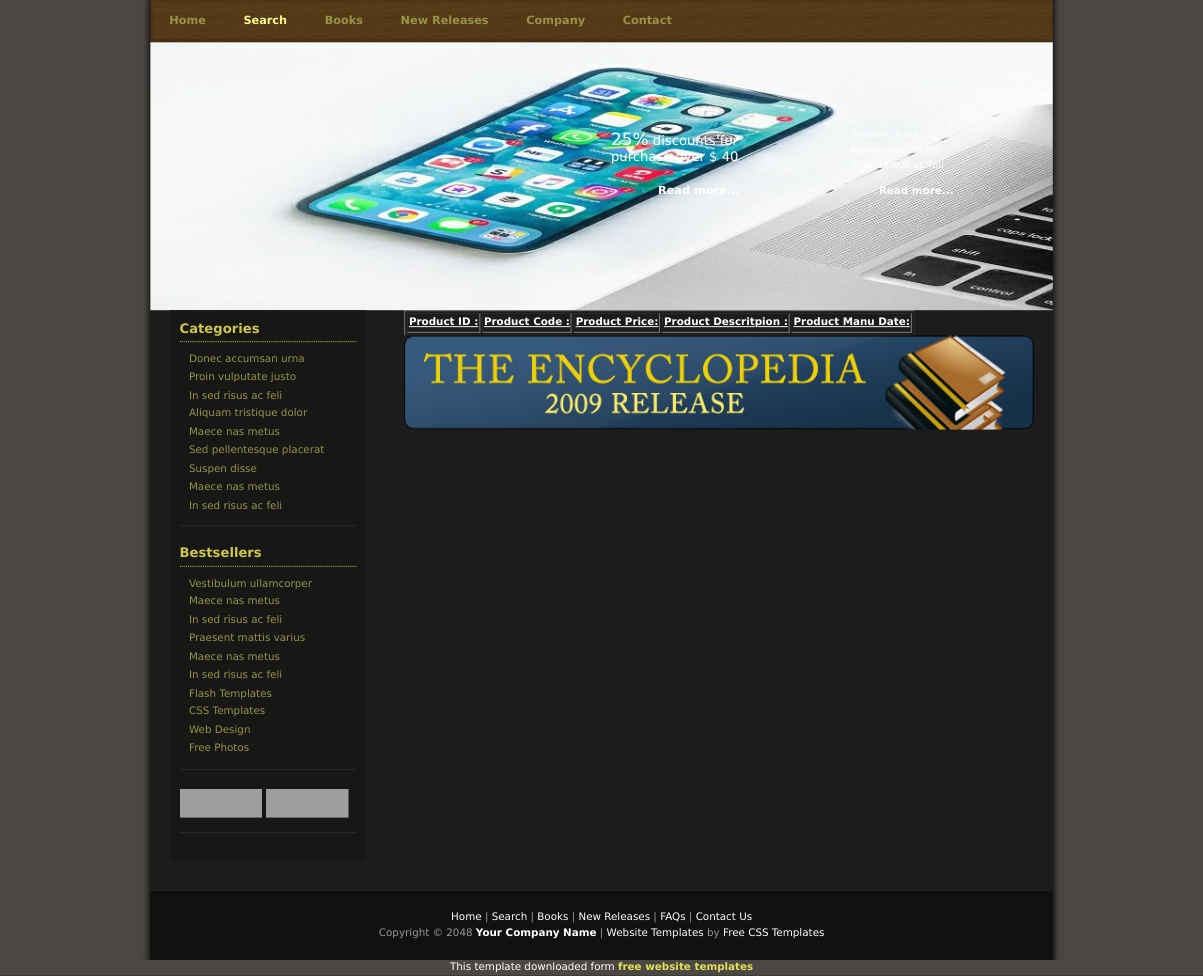
Repository: priyankamergu/MyAllProjects
Page: http://localhost/OnlineShopping/addToCart.jsp
An editor plug-in stored every save of this project. The page is shown before and after the next save, followed by the edit.
The browser window is 1280 px wide. The pictures show the whole page, at 94% of full size.
Pictures or frames that could not be fetched are drawn as grey boxes. The page is served by Tomcat 9. Other server files are loaded and not shown. The template is opened directly, without the code that normally fills it, so the values that code supplies are empty.

Above is the page before, as saved 2019-11-21 09:20:30.

### Workspace_JEE7_WEB/OnlineShopping/WebContent/addToCart.jsp
<!DOCTYPE html PUBLIC "-//W3C//DTD XHTML 1.0 Transitional//EN" "http://www.w3.org/TR/xhtml1/DTD/xhtml1-transitional.dtd">
<html xmlns="http://www.w3.org/1999/xhtml">

<%@ taglib prefix="c" uri="http://java.sun.com/jsp/jstl/core"%>
<%@ taglib prefix="fmt" uri="http://java.sun.com/jsp/jstl/fmt"%>
<head>
<meta http-equiv="Content-Type" content="text/html; charset=utf-8" />
<title>Book Store Template, Free CSS Template, TemplateMo.com</title>
<meta name="keywords"
	content="Book Store Template, Free CSS Template, CSS Website Layout, CSS, HTML, TemplateMo.com" />
<meta name="description"
	content="Book Store Template, Free CSS Template, Download CSS Website from TemplateMo.com" />
<link href="templatemo_style.css" rel="stylesheet" type="text/css" />
</head>
<body>
	<!--  Free CSS Templates from www.templatemo.com -->
	<div id="templatemo_container">
		<div id="templatemo_menu">
			<ul>
				<li><a href="index.html">Home</a></li>
				<li><a href="#" class="current">Search</a></li>
				<li><a href="index.html">Books</a></li>
				<li><a href="index.html">New Releases</a></li>
				<li><a href="#">Company</a></li>
				<li><a href="#">Contact</a></li>
			</ul>
		</div>
		<!-- end of menu -->

		<div id="templatemo_header">
			<div id="templatemo_special_offers">
				<p>
					<span>25%</span> discounts for purchase over $ 40
				</p>
				<a href="#" style="margin-left: 50px;">Read more...</a>
			</div>


			<div id="templatemo_new_books">
				<ul>
					<li>Suspen disse</li>
					<li>Maece nas metus</li>
					<li>In sed risus ac feli</li>
				</ul>
				<a href="#" style="margin-left: 50px;">Read more...</a>
			</div>
		</div>
		<!-- end of header -->

		<div id="templatemo_content">

			<div id="templatemo_content_left">
				<div class="templatemo_content_left_section">
					<h1>Categories</h1>
					<ul>
						<li><a href="index.html">Donec accumsan urna</a></li>
						<li><a href="index.html">Proin vulputate justo</a></li>
						<li><a href="#">In sed risus ac feli</a></li>
						<li><a href="#">Aliquam tristique dolor</a></li>
						<li><a href="#">Maece nas metus</a></li>
						<li><a href="#">Sed pellentesque placerat</a></li>
						<li><a href="#">Suspen disse</a></li>
						<li><a href="#">Maece nas metus</a></li>
						<li><a href="#">In sed risus ac feli</a></li>
					</ul>
				</div>
				<div class="templatemo_content_left_section">
					<h1>Bestsellers</h1>
					<ul>
						<li><a href="#">Vestibulum ullamcorper</a></li>
						<li><a href="#">Maece nas metus</a></li>
						<li><a href="#">In sed risus ac feli</a></li>
						<li><a href="#">Praesent mattis varius</a></li>
						<li><a href="#">Maece nas metus</a></li>
						<li><a href="#">In sed risus ac feli</a></li>
						<li><a href="http://www.flashmo.com" target="_parent">Flash
								Templates</a></li>
						<li><a href="http://www.templatemo.com" target="_parent">CSS
								Templates</a></li>
						<li><a href="http://www.webdesignmo.com" target="_parent">Web
								Design</a></li>
						<li><a href="http://www.photovaco.com" target="_parent">Free
								Photos</a></li>
					</ul>
				</div>

				<div class="templatemo_content_left_section">
					<a href="http://validator.w3.org/check?uri=referer"><img
						style="border: 0; width: 88px; height: 31px"
						src="http://www.w3.org/Icons/valid-xhtml10"
						alt="Valid XHTML 1.0 Transitional" width="88" height="31"
						vspace="8" border="0" /></a> <a
						href="http://jigsaw.w3.org/css-validator/check/referer"><img
						style="border: 0; width: 88px; height: 31px"
						src="http://jigsaw.w3.org/css-validator/images/vcss-blue"
						alt="Valid CSS!" vspace="8" border="0" /></a>
				</div>
			</div>
			<!-- end of content left -->

			<div id="templatemo_content_right">
			<table border=1>
			<tr>
							<th><u>Product ID :</u></th>
							<th><u>Product Code :</u></th>
							<th><u>Product Price:</u></th>
							<th><u>Product Descritpion :</u></th>
							<th><u>Product Manu Date:</u></th>
						</tr>
				<c:forEach items="${productList}" var="product">
					<h1>
						Cart Details <span>(by author name)</span>
					</h1>
					<div class="image_panel">
						<img src="images/templatemo_image_02.jpg" alt="CSS Template"
							width="100" height="150" />
					</div>




						<tr>
							<td>${product.id}</td>
							<td>${product.code}</td>
							<td>${product.description}</td>
							<td>${product.price}</td>
							<td>${product.manfDate}</td>
						</tr>



					<div class="cleaner_with_height">&nbsp;</div>
				</c:forEach>
				</table>
				<a href="index.html"><img src="images/templatemo_ads.jpg"
					alt="css template ad" /></a>

			</div>
			<!-- end of content right -->

			<div class="cleaner_with_height">&nbsp;</div>
		</div>
		<!-- end of content -->

		<div id="templatemo_footer">
			<a href="index.html">Home</a> | <a href="index.html">Search</a> | <a
				href="index.html">Books</a> | <a href="#">New Releases</a> | <a
				href="#">FAQs</a> | <a href="#">Contact Us</a><br /> Copyright ©
			2048 <a href="#"><strong>Your Company Name</strong></a> | <a
				href="http://www.iwebsitetemplate.com" target="_parent">Website
				Templates</a> by <a href="http://www.templatemo.com" target="_parent">Free
				CSS Templates</a>
		</div>
		<!-- end of footer -->
		<!--  Free CSS Template www.templatemo.com -->
	</div>
	<!-- end of container -->
	<div align=center>
		This template downloaded form <a
			href='http://all-free-download.com/free-website-templates/'>free
			website templates</a>
	</div>
</body>
</html>

### Workspace_JEE7_WEB/OnlineShopping/WebContent/templatemo_style.css
/*
CSS Credit: http://www.templatemo.com/
*/

body {
	margin: 0;
	padding: 0;
	line-height: 1.5em;
	font-family: Verdana, Arial, san-serif;
	font-size: 11px;
	color: #ffffff;
	background: #4b4743;
}

a:link, a:visited { color: #e6e154; text-decoration: none; font-weight: bold;}
a:active, a:hover { color: #e6e154; text-decoration: underline;}

p {
	margin: 0px;
	padding: 0px;
}

img {
	margin: 0px;
	padding: 0px;
	border: none;
}


.cleaner {
	clear: both;
	width: 100%;
	height: 1px;
	font-size: 1px;
}

.cleaner_with_height {
	clear: both;
	width: 100%;
	height: 30px;
	font-size: 1px;
}

.cleaner_with_width {
	float: left;
	width: 20px;
	height: 30px;
	font-size: 1px;
}

.buy_now_button a{
	clear: both;
	text-align: center;
	display: block;
	width: 100px;
	padding: 4px 0 5px 0;
	margin-bottom: 10px;
	background: url(images/templatemo_btn_02.jpg) no-repeat;
	color: #FFFFFF;
	font-weight: bold;
	text-decoration: none;
}

.detail_button a{
	clear: both;
	text-align: center;
	display: block;
	width: 100px;
	padding: 4px 0 5px 0;
	margin-bottom: 10px;
	background: url(images/templatemo_btn_01.jpg) no-repeat;
	color: #ffffff;
	font-weight: bold;
	text-decoration: none;
}

#templatemo_container{
	width: 960px;
	margin: 0 auto;
	padding: 0 10px;
	background: #1c1c1b url(images/templatemo_bg.jpg) repeat-y;
}


/* menu */

#templatemo_menu {
	clear: both;
	width: 960px;
	height: 45px;
	background: url(images/templatemo_menu_bg.jpg) no-repeat;
}

#templatemo_menu ul {
	padding: 13px 0 0 0;
	margin: 0;
	list-style: none;
}

#templatemo_menu ul li{
	display: inline;
}

#templatemo_menu ul li a{
	float: left;
	padding: 0 20px;
	font-size: 12px;
	font-weight: bold;
	text-align: center;
	text-decoration: none;
	color: #969547;
}

#templatemo_menu li a:hover, #templatemo_menu li .current{
	color: #fcf88e;
}

/* end of menu*/

/* header */
#templatemo_header {
	clear: both;
	width: 960px;
	height: 285px;
	padding: 0;
	margin: 0;
	background: url(images/headermain.jpg) no-repeat;
}

#templatemo_header a,a:hover {
	color: #ffffff;
}

#templatemo_header #templatemo_special_offers {
	float: left;
	font-size: 14px;
	margin-top: 95px;
	margin-left: 490px;
	width: 180px;
}

#templatemo_special_offers a {
	font-size: 12px;
}

#templatemo_special_offers  p {
	margin: 0 0 20px 0;
}
#templatemo_special_offers p span {
	font-size: 18px;
}

#templatemo_header #templatemo_new_books {
	float: left;
	margin-top: 90px;
	margin-left: 55px;
	width: 180px;
}

#templatemo_new_books ul {
	 margin: 0 0 10px 0;
	 padding: 0 0 0 20px;
}

#templatemo_new_books li {
	 margin: 0;
	 padding: 0;
}


/* end of header */


/* content */
#templatemo_content {
	clear: both;
	width: 920px;
	padding: 0 20px;
}

#templatemo_content #templatemo_content_left {
	float: left;
	width: 188px;
	padding: 10px;
	background-color: #171716;
	border: 1px solid #212120;
}

#templatemo_content #templatemo_content_right {
	float: right;
	width: 670px;
}


#templatemo_content_left .templatemo_content_left_section{
	clear: both;
	padding-bottom: 10px;
	border-bottom: 1px solid #2b2b2a;
	margin-bottom: 20px;
}

.templatemo_content_left_section h1 {
	font-size: 14px;
	color: #cbc750;
	padding: 0 0 5px 0;
	margin: 0 0 10px 0;
	border-bottom: 1px dotted #cbc750;
}

.templatemo_content_left_section ul {
	padding: 0;
	margin: 0;
}

.templatemo_content_left_section ul li{
	padding: 0 0 3px 10px;
	list-style: none;
}

.templatemo_content_left_section ul li a{
	font-weight: normal;
	text-decoration: none;
	color: #969547;
}

.templatemo_content_left_section li a:hover, .templatemo_content_left_section li .current{
	color: #fcf88e;
}





#templatemo_content_right .templatemo_product_box {
	float: left;
	width: 303px;
	height: 210px;
	padding: 10px;
	border: 1px solid #333;
}

#templatemo_content_right h1 {
	padding: 10px;
	margin: 0 0 20px 0;
	font-size: 15px;
	color: #cbc750;
	background: url(images/templatemo_h1_bg.jpg);
}

#templatemo_content_right h2 {
	padding: 0 0 0 0;
	margin: 0 0 20px 0;
	font-size: 12px;
	color: #e6e154;
}

#templatemo_content_right h3 {
	padding: 0;
	margin: 0 0 20px 0;
	font-size: 18px;
	color: #85391f;
}

#templatemo_content_right ul {
	margin: 0 0 20px 0;
	padding: 0 0 0 20px;
	list-style: none;
}

#templatemo_content_right li {
	padding: 0 0 3px 0;
}

#templatemo_content_right .image_panel {
	float: left;
	width: 100px;
	margin-right: 20px;
}

#templatemo_content_right p {
	text-align: justify;
	padding: 0 0 8px 0;
}

.templatemo_product_box h1 span {
	font-weight: normal;
}

.templatemo_product_box img {
	float: left;
	margin-right: 20px;
}

.templatemo_product_box .product_info {
	float: left;
	width: 180px;
}

.product_info p {
	margin-bottom: 15px;
}

/* end of content */

/* footer */
#templatemo_footer {
	clear: both;
	width: 960px;
	padding: 20px 0px 20px 0;
	text-align: center;
	border-top: 1px solid #25211e;
	color: #999;
	background-color: #111110;
}

#templatemo_footer a{
	color: #fff;
	font-weight: normal;
}
/* end of footer */

After the next save:
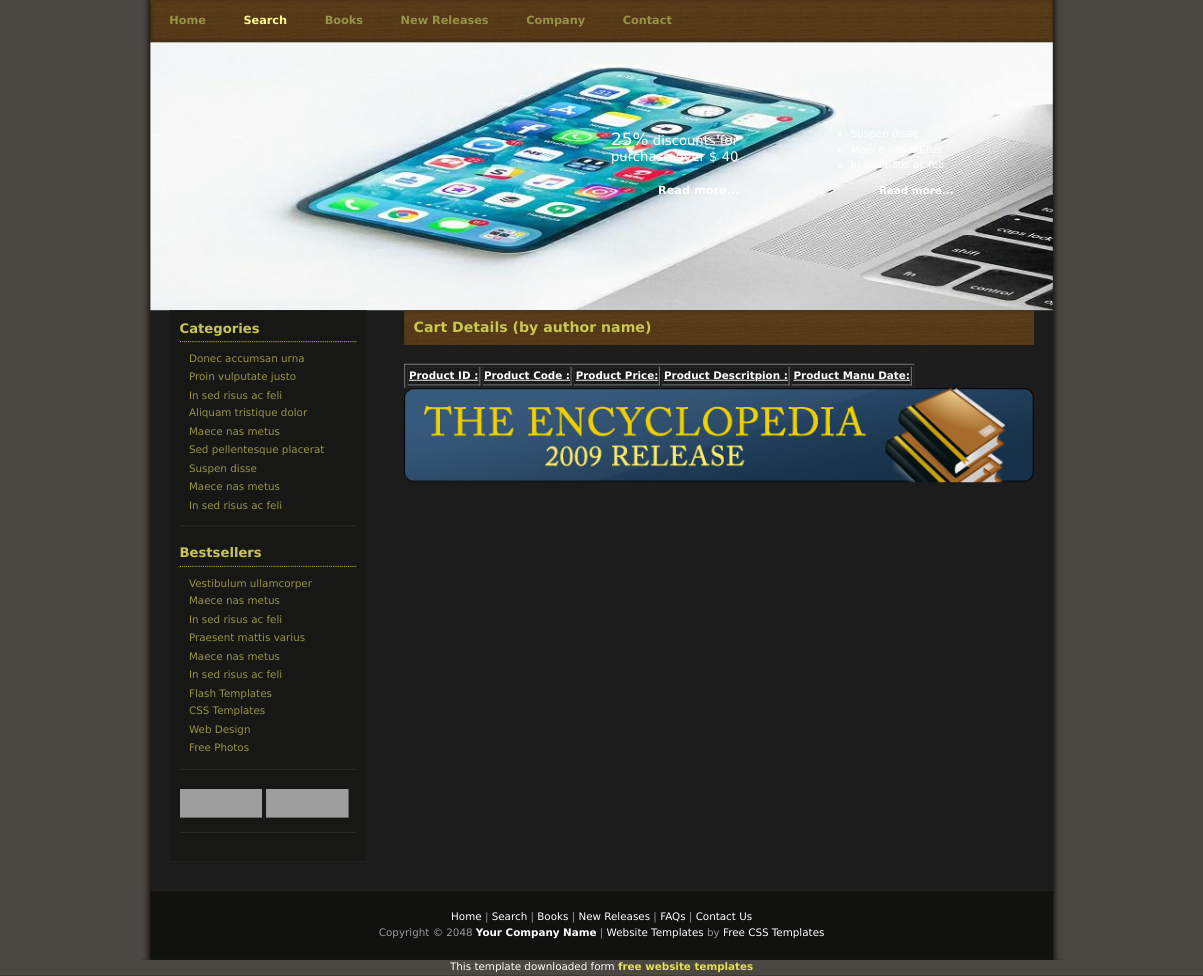
Saved 5 min 58 s later.
--- a/Workspace_JEE7_WEB/OnlineShopping/WebContent/addToCart.jsp
+++ b/Workspace_JEE7_WEB/OnlineShopping/WebContent/addToCart.jsp
@@ -99,6 +99,9 @@
 			<!-- end of content left -->
 
 			<div id="templatemo_content_right">
+			<h1>
+						Cart Details <span>(by author name)</span>
+					</h1>
 			<table border=1>
 			<tr>
 							<th><u>Product ID :</u></th>
@@ -107,10 +110,9 @@
 							<th><u>Product Descritpion :</u></th>
 							<th><u>Product Manu Date:</u></th>
 						</tr>
+
 				<c:forEach items="${productList}" var="product">
-					<h1>
-						Cart Details <span>(by author name)</span>
-					</h1>
+
 					<div class="image_panel">
 						<img src="images/templatemo_image_02.jpg" alt="CSS Template"
 							width="100" height="150" />
